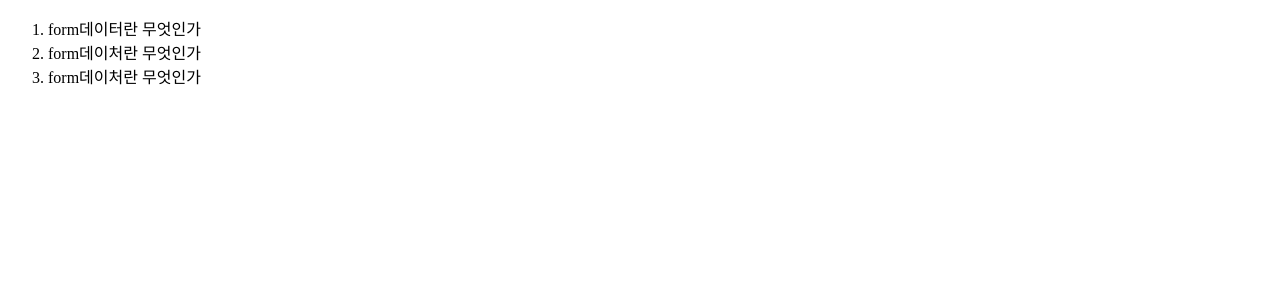
Repository: PareutPareut/frontend
Page: markDowns/study1129.html
The author's editor kept a copy of each file at every save. The page is drawn from the files as they stood at one save, then again after the next save.
The browser window is 1280 px wide. The pictures show the whole page.

Above is the page before, as saved 2023-11-29 14:37:06.

### markDowns/study1129.html
<!doctype html>
<html>
    <head>
        <meta charset="utf-8">
    </head>
    <body>
        <ol>
            <li>form데이터란 무엇인가</li>
            <li>form데이처란 무엇인가</li>
            <li>form데이처란 무엇인가</li>
        </ol>


    </body>
</html>

After the next save:
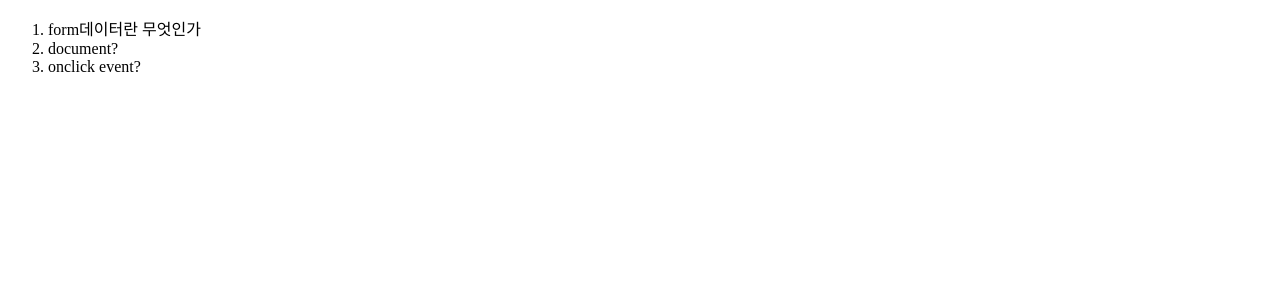
Saved 40 s later.
--- a/markDowns/study1129.html
+++ b/markDowns/study1129.html
@@ -6,8 +6,8 @@
     <body>
         <ol>
             <li>form데이터란 무엇인가</li>
-            <li>form데이처란 무엇인가</li>
-            <li>form데이처란 무엇인가</li>
+            <li>document?</li>
+            <li>onclick event?</li>
         </ol>
 
 
